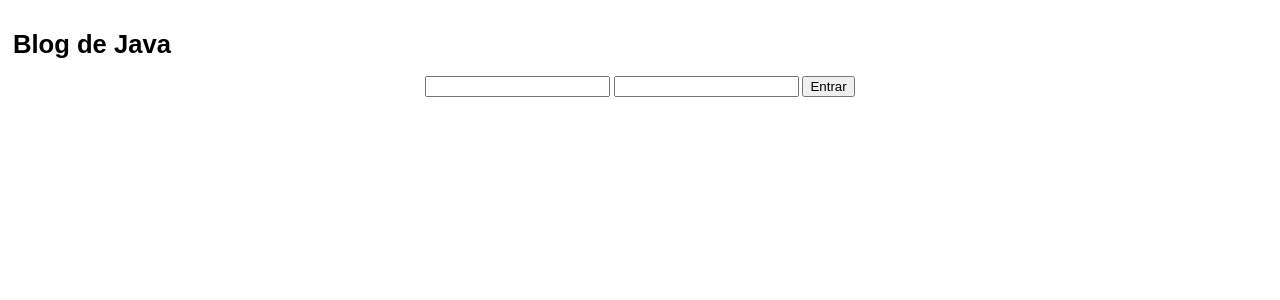
Repository: alruis/IJavaDreamBlog
Page: http://localhost/IJavaBlog/jsp/blog/cabecera.jsp
An editor plug-in stored every save of this project. The page is shown before and after the next save, followed by the edit.
The browser window is 1280 px wide. The pictures show the whole page.
The page is served by Tomcat 9. Nobody is signed in. The application's start-up code is not run. Other server files are loaded and not shown.

Above is the page before, as saved 2014-09-26 10:29:45.

### IJavaBlog/WebContent/jsp/blog/cabecera.jsp
<%@ page language="java" contentType="text/html; charset=UTF-8"
    pageEncoding="UTF-8"%>
<%@ taglib prefix="c" uri="http://java.sun.com/jsp/jstl/core" %>

<!--  <link href="css/cabecera.css" rel="stylesheet" type="text/css" /> -->
	<!--  <link href="css/bootstrap.css" rel="stylesheet" type="text/css" />  -->
	<link href="css/ijavablog.css" rel="stylesheet" type="text/css" />
<div id="cabecera" class="cabecera">
	<form action="autenticar.blog" method="post">
	<div onclick="javascript:location.href='index.blog'"><h1>Blog de Java</h1></div>
	<div>
		<c:choose>
			<c:when test="${empty sessionScope.usuario}">
				<input type="text" name="correo" />
				<input type="text" name="clave" />
				<input type="submit" value="Entrar" />
			</c:when>
			<c:otherwise>
			<span style="text-align: right;">
				Bienvenido, ${sessionScope.usuario.correo }
				<a href="cerrarSesion.blog">Cerrar sesión</a>
			</span>
			</c:otherwise>
		</c:choose>
	</div>
	</form>
</div>

### IJavaBlog/WebContent/css/ijavablog.css
h1 {
	text-align: left;
}

html{
	font-family:Arial, Helvetica, sans-serif;
	font-size:80%;

}

#body {
	clear: both;

}

#registrarUsuario {
	text-align: right;
}


td.entradas{
	text-align: left;
	}


	div.cabecera{
	background-image:black url("img/FondoCabecera.png") repeat top;

    text-align:center;
    padding:5px;
	}

	div.cuerpo{

	}

	div.enlaces{
 	line-height:30px;
    background-color:#eeeeee;
    height:300px;
    width:20%;
    float:left;
    padding:5px;

	}
	div.entradas{
	width:60%;
    float:left;
    padding:10px;
    margin-left:auto;
    margin-right:auto;

	}

	div.navegacion{
	 line-height:20%;
    background-color:#eeeeee;
    height:300px;
    width:100px;
    float:left;
    padding:5px;
	}




	div.pie{
	 background-color:black;
    color:white;
    clear:both;
    text-align:center;
   padding:5px;

	}

After the next save:
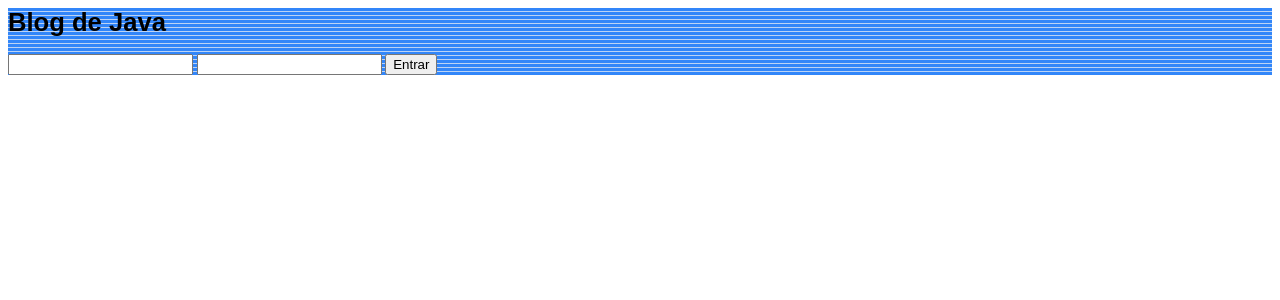
Saved 24 min 34 s later.
--- a/IJavaBlog/WebContent/css/ijavablog.css
+++ b/IJavaBlog/WebContent/css/ijavablog.css
@@ -24,51 +24,38 @@ td.entradas{
 
 
 	div.cabecera{
-	background-image:black url("img/FondoCabecera.png") repeat top;
+    background:  url("../img/FondoCabecera.png");
+     width:100%;
 
-    text-align:center;
-    padding:5px;
 	}
 
-	div.cuerpo{
+	div.navegacion{
+	background-color:#eeeeee;
+    width:20%;
+    float:left;
+
+	}
+
+	div.entradas{
+	width:60%;
+    float:left;
+
 
 	}
 
 	div.enlaces{
- 	line-height:30px;
-    background-color:#eeeeee;
-    height:300px;
+ 	background-color:#eeeeee;
     width:20%;
     float:left;
-    padding:5px;
+
 
 	}
-	div.entradas{
-	width:60%;
-    float:left;
-    padding:10px;
-    margin-left:auto;
-    margin-right:auto;
-
-	}
-
-	div.navegacion{
-	 line-height:20%;
-    background-color:#eeeeee;
-    height:300px;
-    width:100px;
-    float:left;
-    padding:5px;
-	}
-
-
 
 
 	div.pie{
 	 background-color:black;
+      width:100%;
     color:white;
-    clear:both;
-    text-align:center;
-   padding:5px;
+
 
 	}
